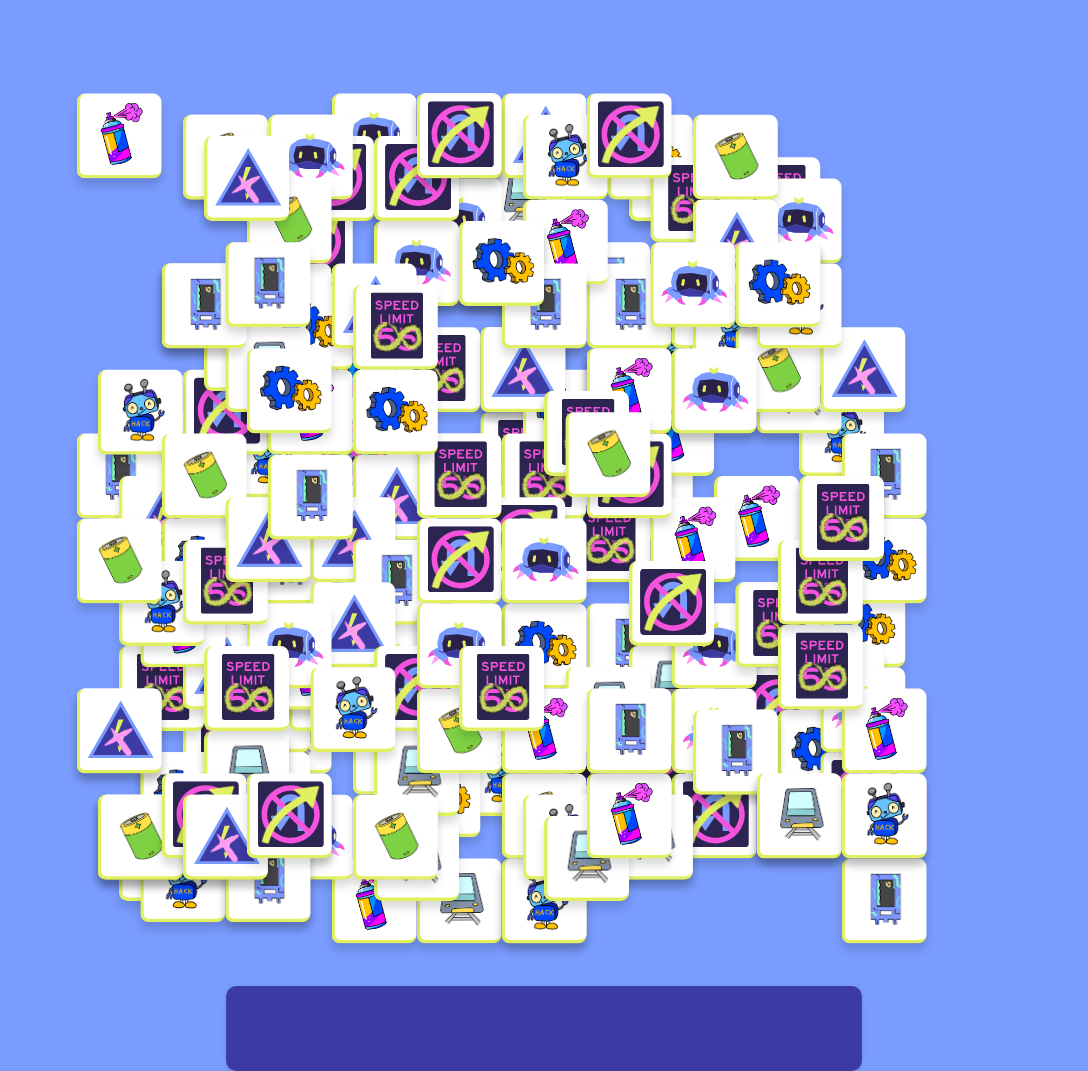
Repository: Avril-Cui/hack-puzzle
Page: / (app in client/)
These files come from the project's save history. The page is drawn as it stood at one moment and after the next save; the edit follows.
The browser window is 1280 px wide. The pictures show the whole page, at 85% of full size.
The project was rebuilt for these pictures with package versions that can differ from the ones it lists, and the page was loaded fresh each time. The framework's server and built-in components were replaced by stand-ins that run in the browser. Also part of the build but not shown: client/next.config.ts.

Above is the page before, as saved 2025-06-11 19:51:58.

### client/app/page.tsx
import Game from "../components/Game";

export default function Home() {
  return (
    <div>
      <Game />
    </div>
  );
}

### client/app/globals.css
@import "tailwindcss";

:root {
  --background: #7A9CFF;
}

@theme inline {
  --color-background: var(--background);
  --color-foreground: var(--foreground);
  --font-sans: var(--font-geist-sans);
  --font-mono: var(--font-geist-mono);
}

@media (prefers-color-scheme: dark) {
  :root {
    --background: #7A9CFF;
  }
}

body {
  background: var(--background);
  color: var(--foreground);
  font-family: Arial, Helvetica, sans-serif;
}

### client/components/Game.tsx
"use client";
import React, { useEffect, useState } from "react";
import styles from "./Game.module.css";

interface Tile {
  id: string;
  x: number;
  y: number;
  z: number;
  status: number;
  isCover: boolean;
  iconName: string;
}

const CELL_SIZE = 100;
const ICONS = ["🍀", "🌈", "⚙️", "🐏", "🐯", "🐤", "📚", "🧠", "💻", "🐼"];

const PuzzleGame: React.FC = () => {
  const [tiles, setTiles] = useState<Tile[]>([]);
  const [queue, setQueue] = useState<Tile[]>([]);

  useEffect(() => {
    fetch("/scene.json")
      .then((res) => res.json())
      .then((data) => {
        setTiles(data);
      });
  }, []);

  const handleClick = (tile: Tile) => {
    if (tile.isCover || tile.status !== 0 || queue.length >= 7) return;
    setQueue((prev) => [...prev, tile]);
    setTiles((prev) =>
      prev.map((t) => (t.id === tile.id ? { ...t, status: 1 } : t))
    );
  };

  const getEmoji = (iconName: string): string => {
    const index = parseInt(iconName.replace("icon_", ""));
    return ICONS[index] || "❓";
  };

  const getIconPath = (iconName: string): string => {
    const extMap: Record<string, string> = {
      icons0: "svg",
      icons1: "png",
      icons2: "png",
      icons3: "png",
      icons4: "svg",
      icons5: "jpg",
      icons6: "jpg",
      icons7: "jpg",
      icons8: "svg",
      icons9: "svg",
    };
    const ext = extMap[iconName] || "png";
    return `/icons/${iconName}.${ext}`;
  };

  return (
    <div className={styles.gameContainer}>
      <div className={styles.tileBoard}>
        {tiles.map((tile) => (
          <div
            key={tile.id}
            className={`${styles.tile} ${tile.isCover ? styles.covered : ""}`}
            style={{
              left: tile.x,
              top: tile.y,
              zIndex: tile.z,
            }}
            onClick={() => handleClick(tile)}
          >
            <div
              className={styles.tileInner}
              style={{ opacity: tile.status < 2 ? 1 : 0 }}
            >
              <img
                src={getIconPath(tile.iconName)}
                alt={tile.iconName}
                className={styles.tileInner}
                style={{ opacity: tile.status < 2 ? 1 : 0 }}
              />
            </div>
          </div>
        ))}
      </div>

      <div className={styles.queueBar}>
        {queue.map((tile) => (
          <div key={tile.id} className={styles.queueTile}>
            <img
              src={getIconPath(tile.iconName)}
              alt={tile.iconName}
              className={styles.tileInner}
              style={{ opacity: tile.status < 2 ? 1 : 0 }}
            />
          </div>
        ))}

        {Array.from({ length: 7 - queue.length }).map((_, i) => (
          <div key={`placeholder-${i}`} className={styles.queueTile} />
        ))}
      </div>
    </div>
  );
};

export default PuzzleGame;

### client/components/Game.module.css
.gameContainer {
  display: flex;
  flex-direction: column;
  align-items: center;
  margin-top: 10em;
}

.tileBoard {
  position: relative;
  width: 1000px;
  height: 900px;
  background-color: transparent; /* remove green board background */
}

.tile {
  position: absolute;
  width: 100px;
  height: 100px;
  background: white;
  border-radius: 10px;
  font-size: 40px;
  border-left: 4px solid #e1f060;
  border-bottom: 4px solid #e1f060;
  display: flex;
  align-items: center;
  justify-content: center;
  transition: transform 0.2s ease, opacity 0.3s ease;
  box-shadow: 0 8px 10px rgba(0, 0, 0, 0.15);
  cursor: pointer;
}

.tileInner {
  width: 100%;
  height: 100%;
  display: flex;
  justify-content: center;
  align-items: center;
  overflow: hidden;
  padding: 5%; /* optional, for consistent inner margin */
}

.tileInner img {
  max-width: 100%;
  max-height: 100%;
  object-fit: contain;
  pointer-events: none;
}

.covered {
  background: #ccc;
  opacity: 0.4;
  pointer-events: none;
}

.queueBar {
  margin-top: 100px;
  display: flex;
  justify-content: center;
  gap: 12px;
  padding: 12px;
  background: #3c3aa3;
  border-radius: 10px;
  box-shadow: 0 2px 6px rgba(0, 0, 0, 0.1);
}

.queueBar {
  display: flex;
  justify-content: flex-start;
  gap: 8px;
  padding: 12px 16px;
  background-color: #3c3aa3;
  border-radius: 12px;
  width: calc((100px * 7) + (8px * 6)); /* = 748px */
  min-height: 100px; /* same as tile height */
}

Loaded but not shown: client/app/layout.tsx (common file); client/public/scene.json (2162 lines, source omitted)

After the next save:
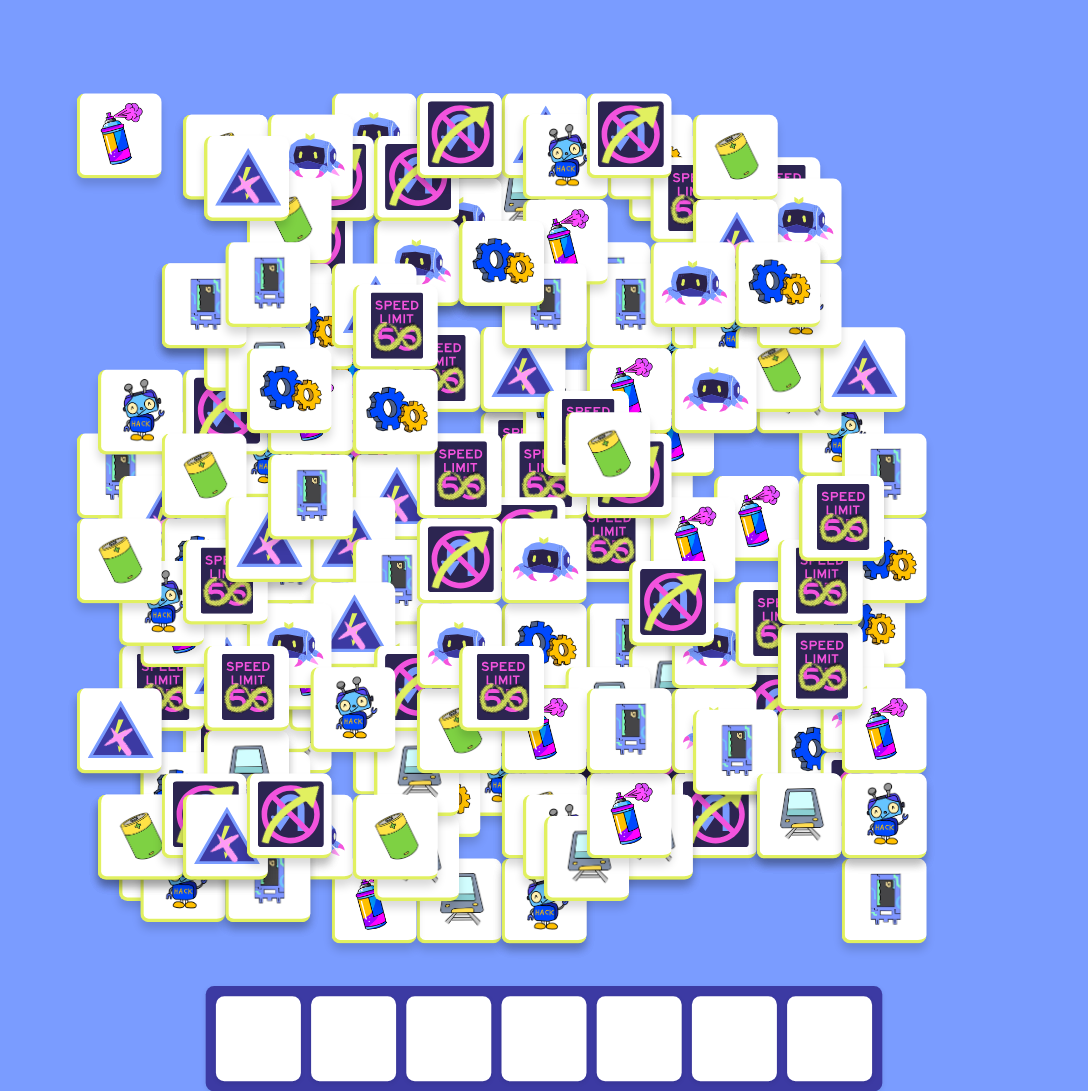
Saved 17 s later.
--- a/client/components/Game.module.css
+++ b/client/components/Game.module.css
@@ -63,13 +63,14 @@
   box-shadow: 0 2px 6px rgba(0, 0, 0, 0.1);
 }
 
-.queueBar {
+.queueTile {
+  width: 100px;
+  height: 100px;
+  background: white;
+  border-radius: 10px;
+  font-size: 40px;
   display: flex;
-  justify-content: flex-start;
-  gap: 8px;
-  padding: 12px 16px;
-  background-color: #3c3aa3;
-  border-radius: 12px;
-  width: calc((100px * 7) + (8px * 6)); /* = 748px */
-  min-height: 100px; /* same as tile height */
+  align-items: center;
+  justify-content: center;
+  box-shadow: 0 2px 6px rgba(0, 0, 0, 0.1);
 }
